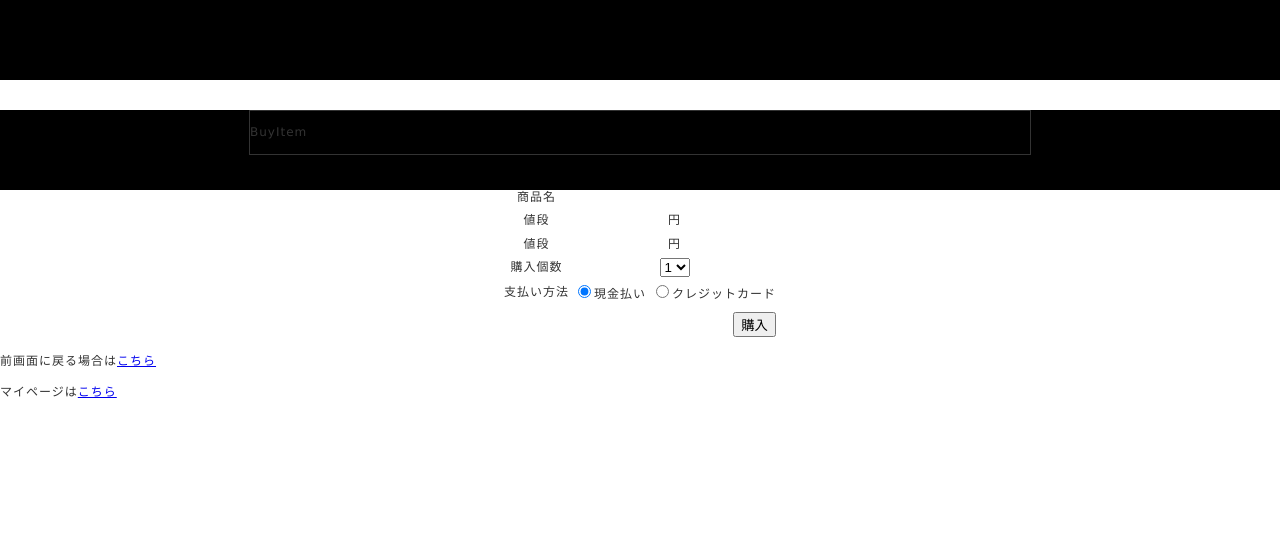
Repository: mjeeeex333/mjfile
Page: http://localhost/ecsite/LoginAction.action
An editor plug-in stored every save of this project. The page is shown before and after the next save, followed by the edit.
The browser window is 1280 px wide. The pictures show the whole page.
The page is served by Tomcat 9. Other server files are loaded and not shown.

Above is the page before, as saved 2018-10-22 11:35:20.

### ecsite/WebContent/buyItem.jsp
<%@ page language="java" contentType="text/html; charset=UTF-8"
    pageEncoding="UTF-8"%>
<%@ taglib prefix="s" uri="/struts-tags" %>

<!DOCTYPE html>

<html>

<head>

<meta http-equiv="Content-Type" content="text/html; charset=UTF-8">
<meta http-equiv="Content-Style-Type" content="text/css" />
<meta http-equiv="Content-Script-Type" content="text/javascript" />
<meta http-equiv="imagetoolbar" content="no" />
<meta name="description" content="" />
<meta name="keywords" content="" />

<title>BuyItem画面</title>

<style type="text/css">

body{
margin:0;
padding:0;
line-height:1.6;
letter-spacing:1px;
font-family:Verdana, Helvetica, sans-serif;
font-size:12px;
color:#333;
background:#fff;
}

table{
text-align:center;
margin:0 auto;
}

#top{
width:780px;
margin:30px auto;
border:1px solid #333;
}

#header{
width:100%;
height:80px;
background-color:black;
}

#main{
width:100%;
height:80px;
background-color:black;
clear:both;
}

</style>

</head>

<body>

<div id="header">
<div id="pr">
</div>
</div>

<div id="main">
<div id="top">
<p>BuyItem</p>
</div>

<div>
<s:form action="BuyItemAction">
<table>
<tr>
<td>
<span>商品名</span>
</td>
<td>
<s:property value="session.buyItem_name"/><br>
</td>
</tr>

<tr>
<td>
<span>値段</span>
</td>
<td>
<s:property value="session.buyItem_price"/>
<span>円</span>
</td>
</tr>

<tr>
<td>
<span>値段</span>
</td>

<td>
<s:property value="session.buyItem_price"/>
<span>円</span>
</td>
</tr>

<tr>

<td>

<span>購入個数</span>
</td>
<td>
<select name="count">
<option value="1"selected="selected">1</option>
<option value="2">2</option>
<option value="3">3</option>
<option value="4">4</option>
<option value="5">5</option>
</select>

</td>
</tr>

<tr>
<td>
<span>支払い方法</span>
</td>
<td>
<input type="radio"  name="pay"value="1"checked="checked">現金払い
<input type="radio"  name="pay"value="2">クレジットカード
</td>
</tr>

<tr>
<td>
<s:submit value="購入"/>
</td>
</tr>


</table>
</s:form>

<div>


<p>前画面に戻る場合は<a href='<s:url action="CoHomeAction"/>'>こちら</a></p>
<p>マイページは<a href='<s:url action="MyPageAction"/>'>こちら</a></p>



</div>

</div>

</div>

<div id="footer">
<div id="pr">

</div>

</div>

</body>
</html>

### ecsite/src/com/internousdev/ecsite/dao/LoginDAO.java
package com.internousdev.ecsite.dao;

import java.sql.Connection;
import java.sql.PreparedStatement;
import java.sql.ResultSet;

import com.internousdev.ecsite.dto.LoginDTO;
import com.internousdev.ecsite.util.DBConnector;

public class LoginDAO {

	private DBConnector  dbConnector = new DBConnector();
	private Connection connection = dbConnector.getConnection();
	private LoginDTO loginDTO = new LoginDTO();

	public LoginDTO getLoginUserInfo(String loginUserId,String loginPassword){

		String sql = "SELECT * FROM login_user_transaction where login_id = ?AND login_pass = ?";

		try{

			PreparedStatement preparedStatement = connection.prepareStatement(sql);

			preparedStatement.setString(1, loginUserId);
			preparedStatement.setString(2, loginPassword);

			ResultSet resultSet = preparedStatement.executeQuery();

			if(resultSet.next()){
				loginDTO.setLoginId(resultSet.getString("login_id"));
				loginDTO.setLoginPassword(resultSet.getString("login_pass"));
				loginDTO.setUserName(resultSet.getString("user_name"));

				if(!(resultSet.getString("login_id").equals(null))){
					loginDTO.setLoginFlg(true);
				}


			}

		}catch(Exception e){
			e.printStackTrace();
		}

		return loginDTO;

	}

	public LoginDTO getLoginDTO(){
		return loginDTO;
	}

}

### ecsite/src/com/internousdev/ecsite/util/DBConnector.java
package com.internousdev.ecsite.util;

import java.sql.Connection;
import java.sql.DriverManager;
import java.sql.SQLException;

public class DBConnector {

	private static String driverName = "com.mysql.jdbc.Driver";
	private static String url = "jdbc:mysql://localhost/ecsite";

	private static String user = "root";
	private static String password = "mysql";

	public Connection getConnection(){
		Connection con = null;

		try{
			Class.forName(driverName);
			con = (Connection) DriverManager.getConnection(url,user,password);

					}catch(ClassNotFoundException e){
						e.printStackTrace();
					}catch(SQLException e ){
						e.printStackTrace();
					}

		return con;
	}

}

### ecsite/src/com/internousdev/ecsite/dto/LoginDTO.java
package com.internousdev.ecsite.dto;

public class LoginDTO {

	private String loginId;
	private String loginPassword;
	private String userName;
	private boolean loginFlg = false;

	public String getLoginId(){
		return loginId;
	}

	public void setLoginId(String loginId){
		this.loginId = loginId;
	}

	public String getLoginPassword(){
		return loginPassword;

	}

	public void setLoginPassword(String loginPassword){
		this.loginPassword = loginPassword;

	}

	public String getUserName(){
		return userName;

	}

	public void setUserName(String userName){
		this.userName = userName;

	}

	public boolean getLoginFlg(){
		return loginFlg;

	}

	public void setLoginFlg(boolean loginFlg){
		this.loginFlg = loginFlg;

	}

	}

### ecsite/src/com/internousdev/ecsite/dao/BuyItemDAO.java
package com.internousdev.ecsite.dao;

import java.sql.Connection;
import java.sql.PreparedStatement;
import java.sql.ResultSet;

import com.internousdev.ecsite.dto.BuyItemDTO;
import com.internousdev.ecsite.util.DBConnector;

public class BuyItemDAO {

	private DBConnector dbConnector = new DBConnector();
	private Connection connection = dbConnector.getConnection();
	private BuyItemDTO buyItemDTO = new BuyItemDTO();

	public BuyItemDTO getBuyItemInfo(){
		String sql = "SELECT id, item_name, item_price FROM item_info_transaction";

		try{
			PreparedStatement preparedStatement = connection.prepareStatement(sql);
			ResultSet resultSet = preparedStatement.executeQuery();

			if(resultSet.next()){

				buyItemDTO.setId(resultSet.getInt("id"));
				buyItemDTO.setItemName(resultSet.getString("item_name"));
				buyItemDTO.setItemPrice(resultSet.getString("item_price"));

			}

		}catch(Exception e){
			e.printStackTrace();
		}

		return buyItemDTO;

	}

	public BuyItemDTO getBuyItemDTO(){
		return buyItemDTO;

	}

}

### ecsite/src/com/internousdev/ecsite/dto/BuyItemDTO.java
package com.internousdev.ecsite.dto;

public class BuyItemDTO {

	public int id;

	public String itemName;

	public String itemPrice;

	public String getItemName(){
		return itemName;

	}

	public void setItemName(String itemName){
		this.itemName = itemName;

	}

	public String getItemPrice(){
		return itemPrice;

	}

	public void setItemPrice(String itemPrice){
		this.itemPrice = itemPrice;

	}

	public int getId(){
		return id;

	}

	public void setId(int id){
		this.id = id;

	}

}

After the next save:
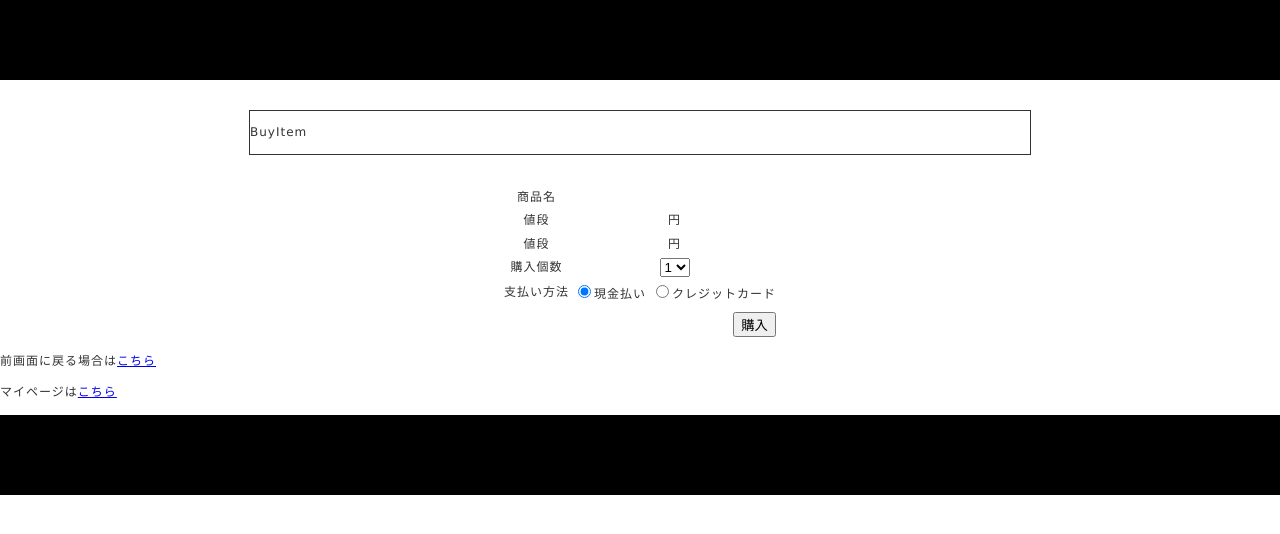
Saved 24 s later.
--- a/ecsite/WebContent/buyItem.jsp
+++ b/ecsite/WebContent/buyItem.jsp
@@ -47,7 +47,7 @@ height:80px;
 background-color:black;
 }
 
-#main{
+#footer{
 width:100%;
 height:80px;
 background-color:black;
